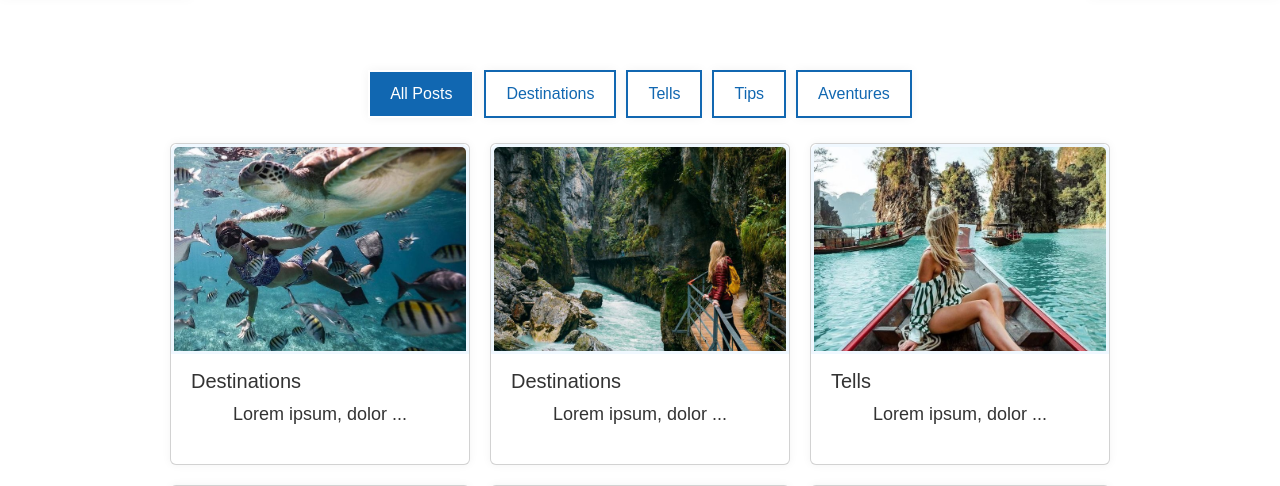
Repository: saraxhafa/TravelVisionBlog
Page: home.html
These files come from the project's save history. The page is drawn as it stood at one moment and after the next save; the edit follows.
The browser window is 1280 px wide. The pictures show the part of the page from y = 866 to 1352 px (the page is 2883 px tall).
Pictures or frames that could not be fetched are drawn as grey boxes.

Above is the page before, as saved 2024-05-30 18:55:21.

After the next save:
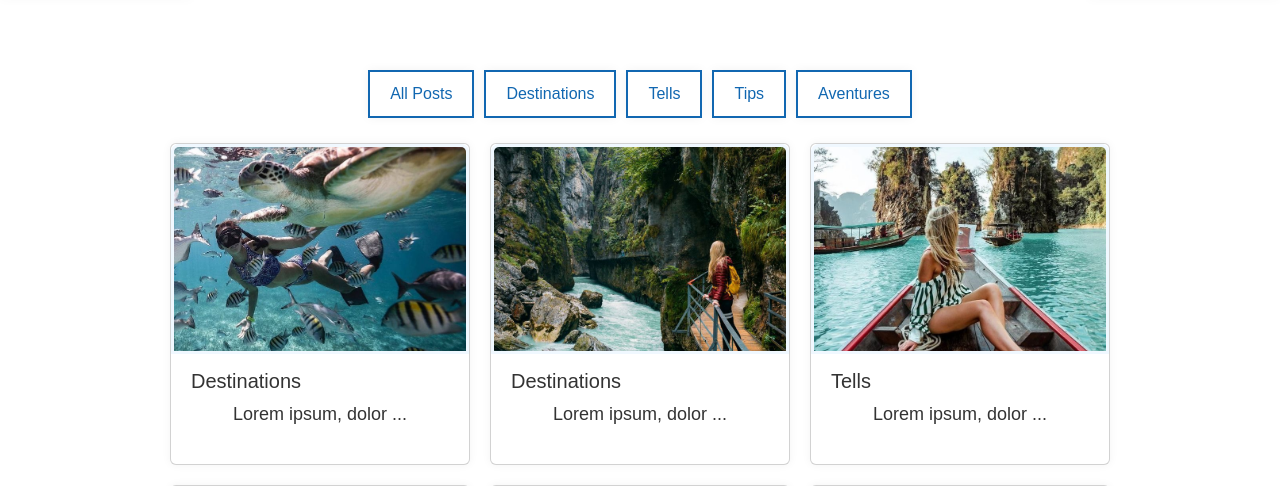
Saved 105 s later.
--- a/home.html
+++ b/home.html
@@ -103,7 +103,7 @@
     <div class="container">
       <div class="filter_buttons">
         <!--Filter Buttons-->
-        <button class="active" data-name="all">All Posts</button>
+        <button class="activeF" data-name="all">All Posts</button>
         <button data-name="destinations">Destinations</button>
         <button data-name="tells">Tells</button>
         <button data-name="Tips">Tips</button>
